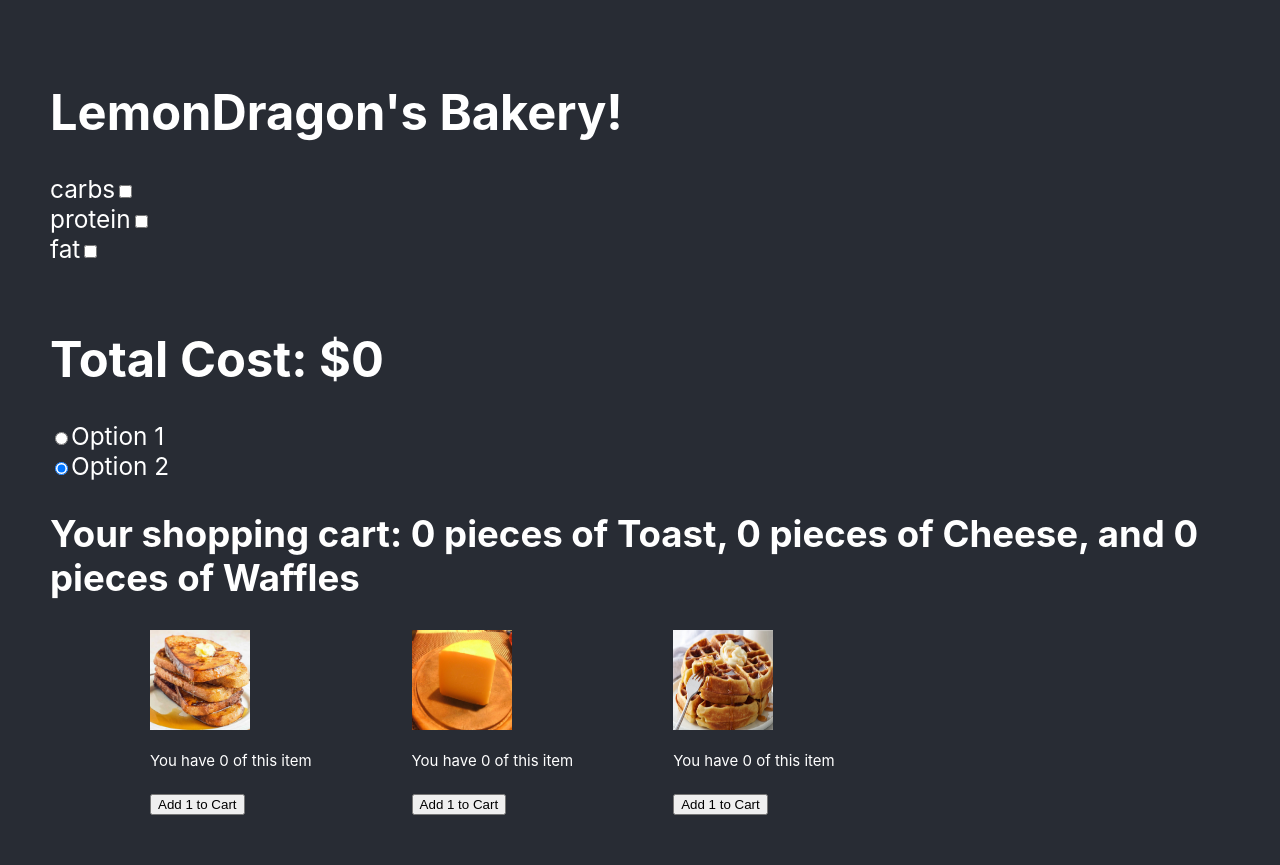
Repository: happydragon200/development
Page: /
These files come from the project's save history. The page is drawn as it stood at one moment and after the next save; the edit follows.
The browser window is 1280 px wide. The pictures show the whole page.
The project was rebuilt for these pictures with package versions that can differ from the ones it lists, and the page was loaded fresh each time.

Above is the page before, as saved 2022-12-02 05:18:26.

After the next save:
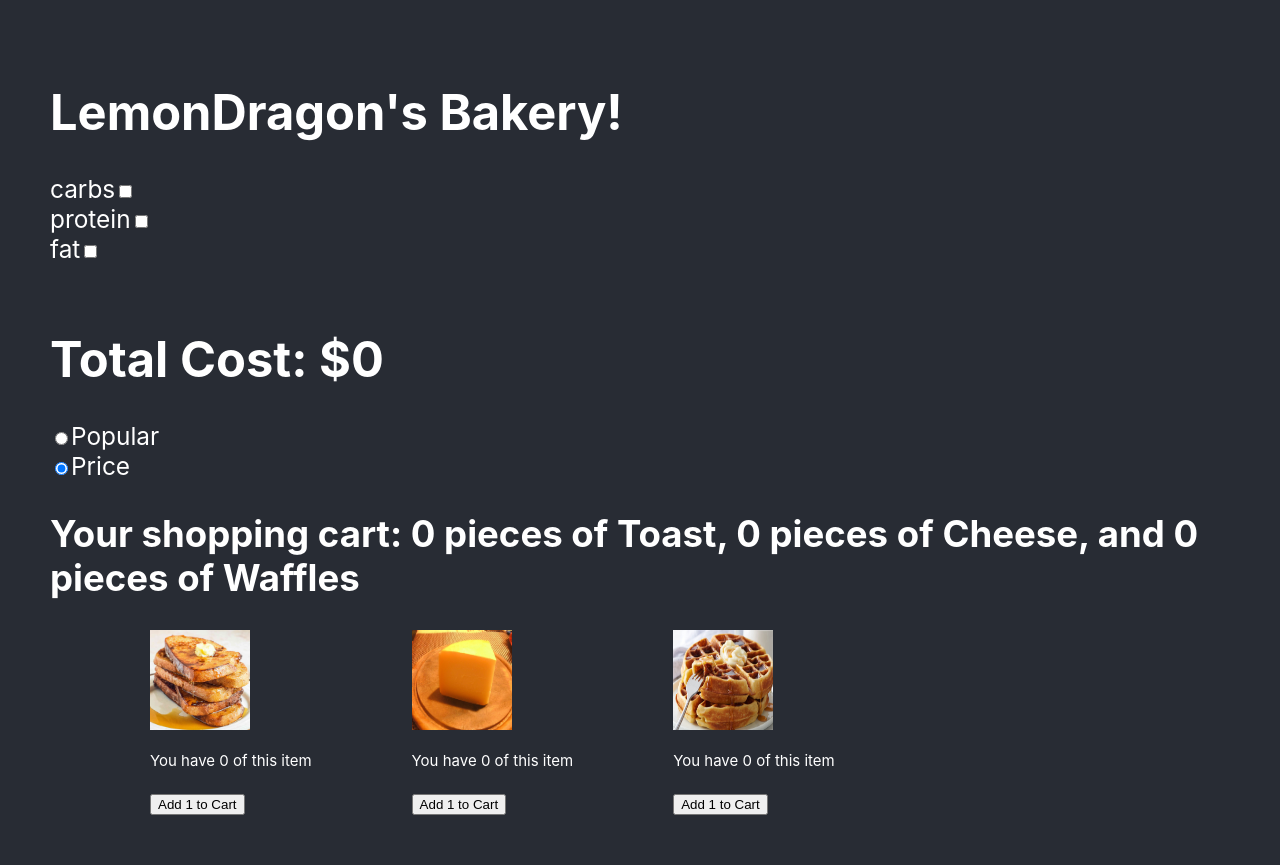
Saved 44 s later.
--- a/src/App.js
+++ b/src/App.js
@@ -172,7 +172,7 @@ function SortPriceButton(props) {
             checked={chosen === 'Popular'}
             onChange={changeChosen('Popular')}
           />
-          Option 1
+          Popular
         </label>
       </div>
       <div className="radio">
@@ -183,7 +183,7 @@ function SortPriceButton(props) {
             checked={chosen === 'Price'}
             onChange={changeChosen('Price')}
           />
-          Option 2
+          Price
         </label>
       </div>
     </form>
